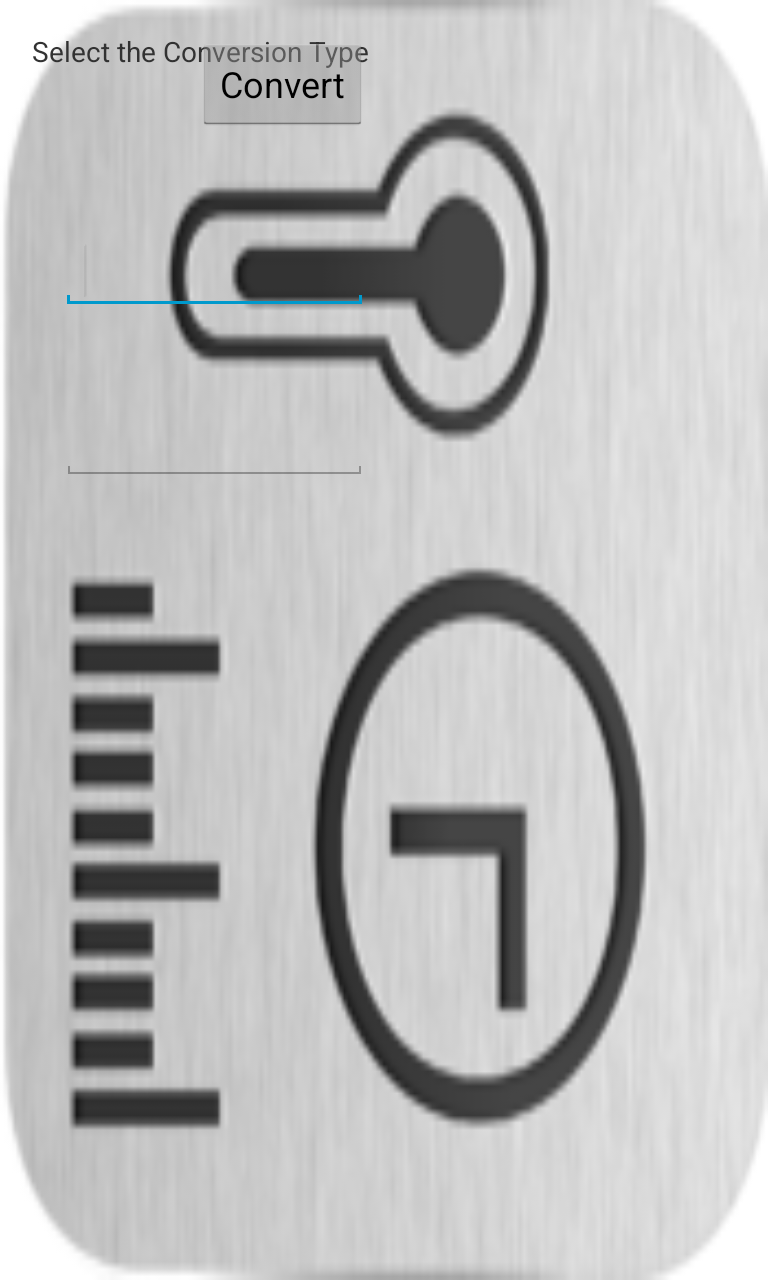
Repository: Shruthi06/designed-droid
Layout: conversion_assignment/res/layout/activity_main.xml
The author's editor kept a copy of each file at every save. The layout is drawn from the files as they stood at one save, then again after a run of saves.
It is drawn on a 768 x 1280 px phone screen (xhdpi) without system bars, with theme AppTheme; the app's code is not run. Lists and similar views that code fills are empty.

Above is the layout before, as saved 2016-02-04 18:18:07.

### conversion_assignment/res/layout/activity_main.xml
<RelativeLayout xmlns:android="http://schemas.android.com/apk/res/android"
    xmlns:tools="http://schemas.android.com/tools"
    android:layout_width="match_parent"
    android:layout_height="match_parent"
    android:background="@drawable/conversion2"
    android:paddingBottom="@dimen/activity_vertical_margin"
    android:paddingLeft="@dimen/activity_horizontal_margin"
    android:paddingRight="@dimen/activity_horizontal_margin"
    android:paddingTop="@dimen/activity_vertical_margin"
    tools:context=".MainActivity" >

    <EditText
        android:id="@+id/editTextvalue1"
        android:layout_width="wrap_content"
        android:layout_height="wrap_content"
        android:layout_alignLeft="@+id/textView1"
        android:layout_alignRight="@+id/textView1"
        android:layout_below="@+id/textView1"
        android:layout_marginLeft="14dp"
        android:layout_marginTop="50dp"
        android:ems="10" >

        <requestFocus />
    </EditText>

    <EditText
        android:id="@+id/editTextvalue2"
        android:layout_width="wrap_content"
        android:layout_height="wrap_content"
        android:layout_alignLeft="@+id/editTextvalue1"
        android:layout_alignRight="@+id/editTextvalue1"
        android:layout_below="@+id/editTextvalue1"
        android:layout_marginTop="46dp"
        android:ems="10" />

    <TextView
        android:id="@+id/textView1"
        android:layout_width="wrap_content"
        android:layout_height="50dp"
        android:layout_alignParentLeft="true"
        android:layout_alignParentTop="true"
        android:text="Select the Conversion Type" />

    <Button
        android:id="@+id/buttonconvert"
        android:layout_width="wrap_content"
        android:layout_height="wrap_content"
        android:layout_above="@+id/editTextvalue1"
        android:layout_alignRight="@+id/textView1"
        android:text="Convert" />

    <ListView
        android:id="@+id/listViewconversiontype"
        android:layout_width="100dp"
        android:layout_height="350dp"
        android:layout_alignParentRight="true"
        android:layout_alignParentTop="true" >
    </ListView>

</RelativeLayout>

Loaded but not shown: conversion_assignment/res/values/styles.xml (common file); conversion_assignment/res/values-v11/styles.xml (common file); conversion_assignment/res/values-v14/styles.xml (common file); conversion_assignment/res/values/dimens.xml (common file)

After the next 2 saves:
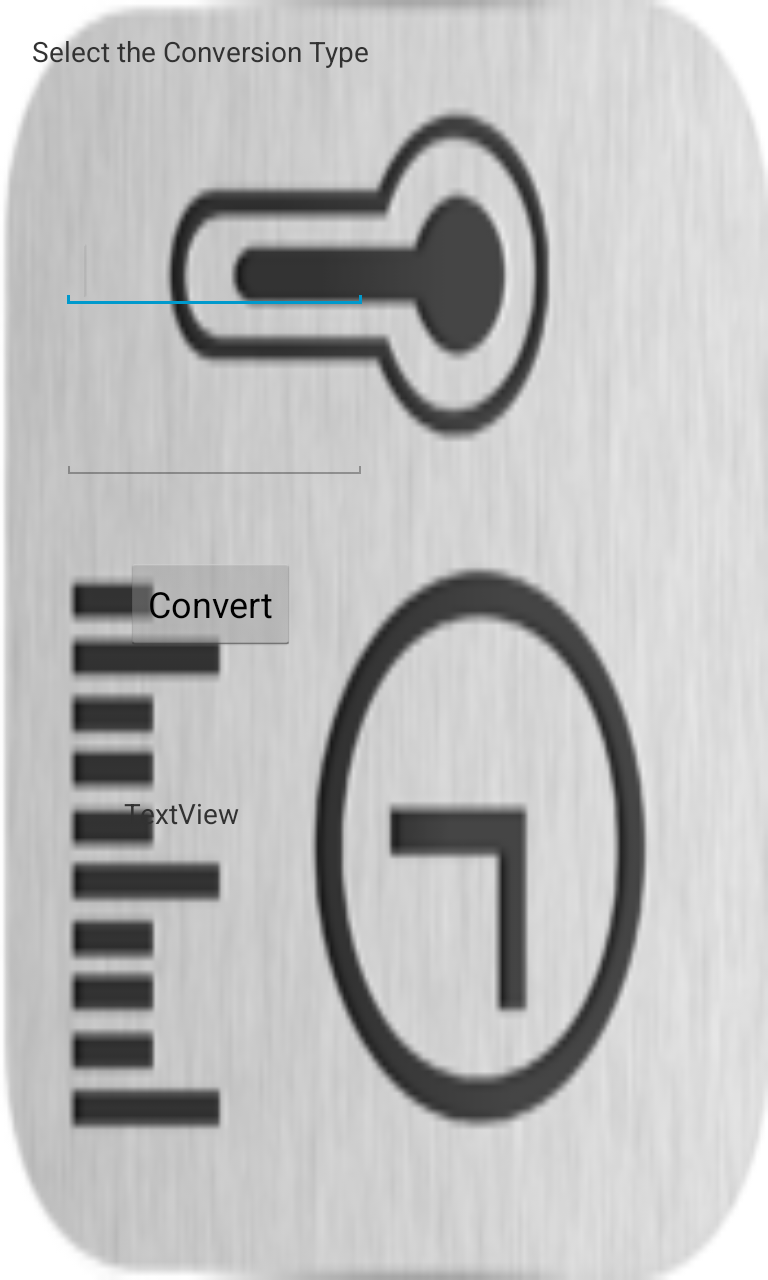
The 2 saves are shown as one change because 1 did not build or start.
The last was saved 59 s later.
--- a/conversion_assignment/res/layout/activity_main.xml
+++ b/conversion_assignment/res/layout/activity_main.xml
@@ -41,14 +41,6 @@
         android:layout_alignParentTop="true"
         android:text="Select the Conversion Type" />
 
-    <Button
-        android:id="@+id/buttonconvert"
-        android:layout_width="wrap_content"
-        android:layout_height="wrap_content"
-        android:layout_above="@+id/editTextvalue1"
-        android:layout_alignRight="@+id/textView1"
-        android:text="Convert" />
-
     <ListView
         android:id="@+id/listViewconversiontype"
         android:layout_width="100dp"
@@ -57,4 +49,23 @@
         android:layout_alignParentTop="true" >
     </ListView>
 
+    <Button
+        android:id="@+id/buttonconvert"
+        android:layout_width="wrap_content"
+        android:layout_height="wrap_content"
+        android:layout_alignBottom="@+id/listViewconversiontype"
+        android:layout_alignLeft="@+id/editTextvalue2"
+        android:layout_marginBottom="40dp"
+        android:layout_marginLeft="32dp"
+        android:text="Convert" />
+
+    <TextView
+        android:id="@+id/textView2"
+        android:layout_width="wrap_content"
+        android:layout_height="30dp"
+        android:layout_alignLeft="@+id/buttonconvert"
+        android:layout_below="@+id/buttonconvert"
+        android:layout_marginTop="31dp"
+        android:text="TextView" />
+
 </RelativeLayout>
